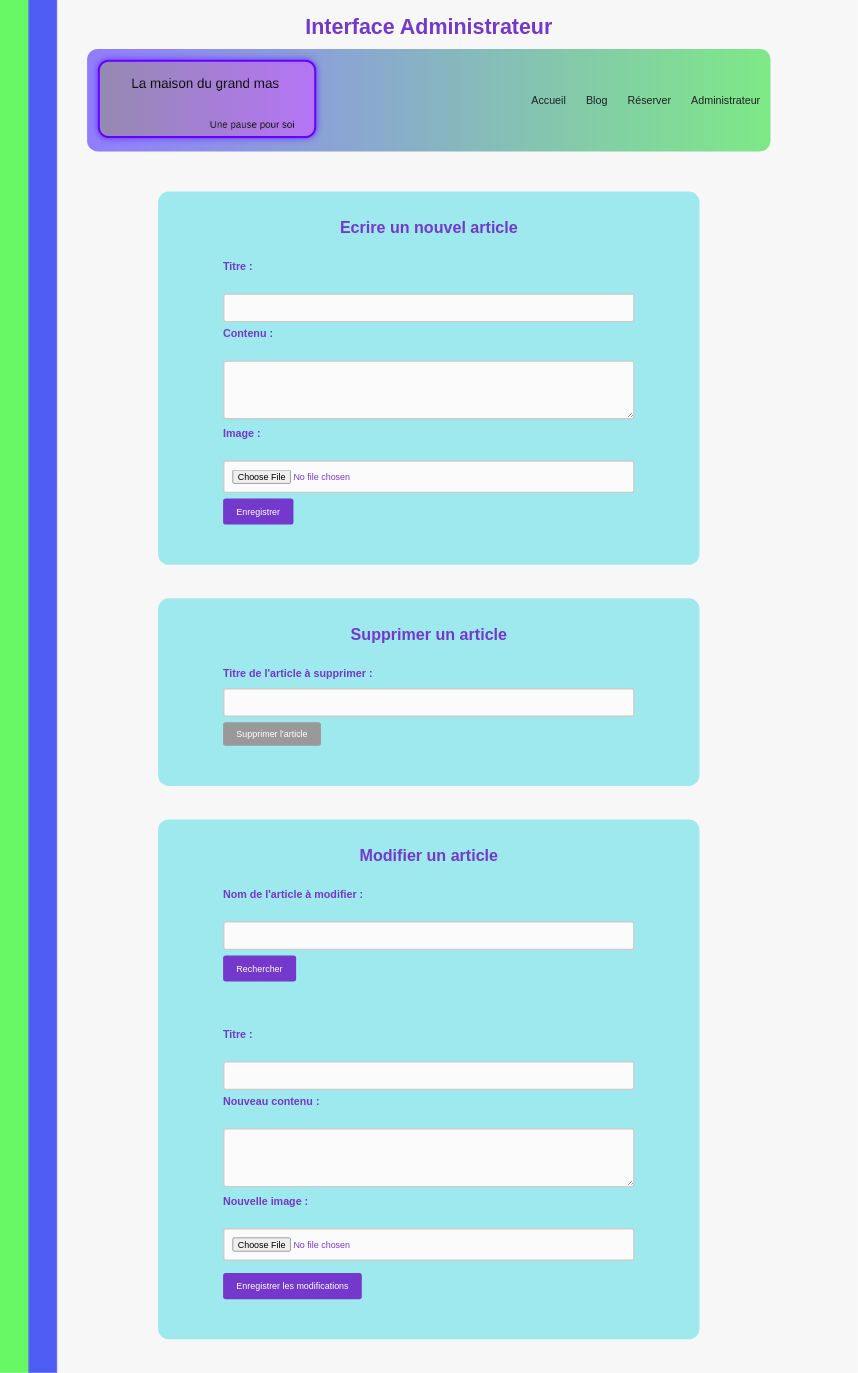
Repository: Crosnierpaul/Les_Rangers_de_Pouvoir
Page: http://localhost/adminBlog
The author's editor kept a copy of each file at every save. The page is drawn from the files as they stood at one save, then again after the next save.
The browser window is 1280 px wide. The pictures show the whole page, at 67% of full size.
Backgrounds fixed to the window are drawn as part of the page. The page is served by the project's Node server (site/server.js).

Above is the page before, as saved 2024-05-07 17:03:18.

After the next save:
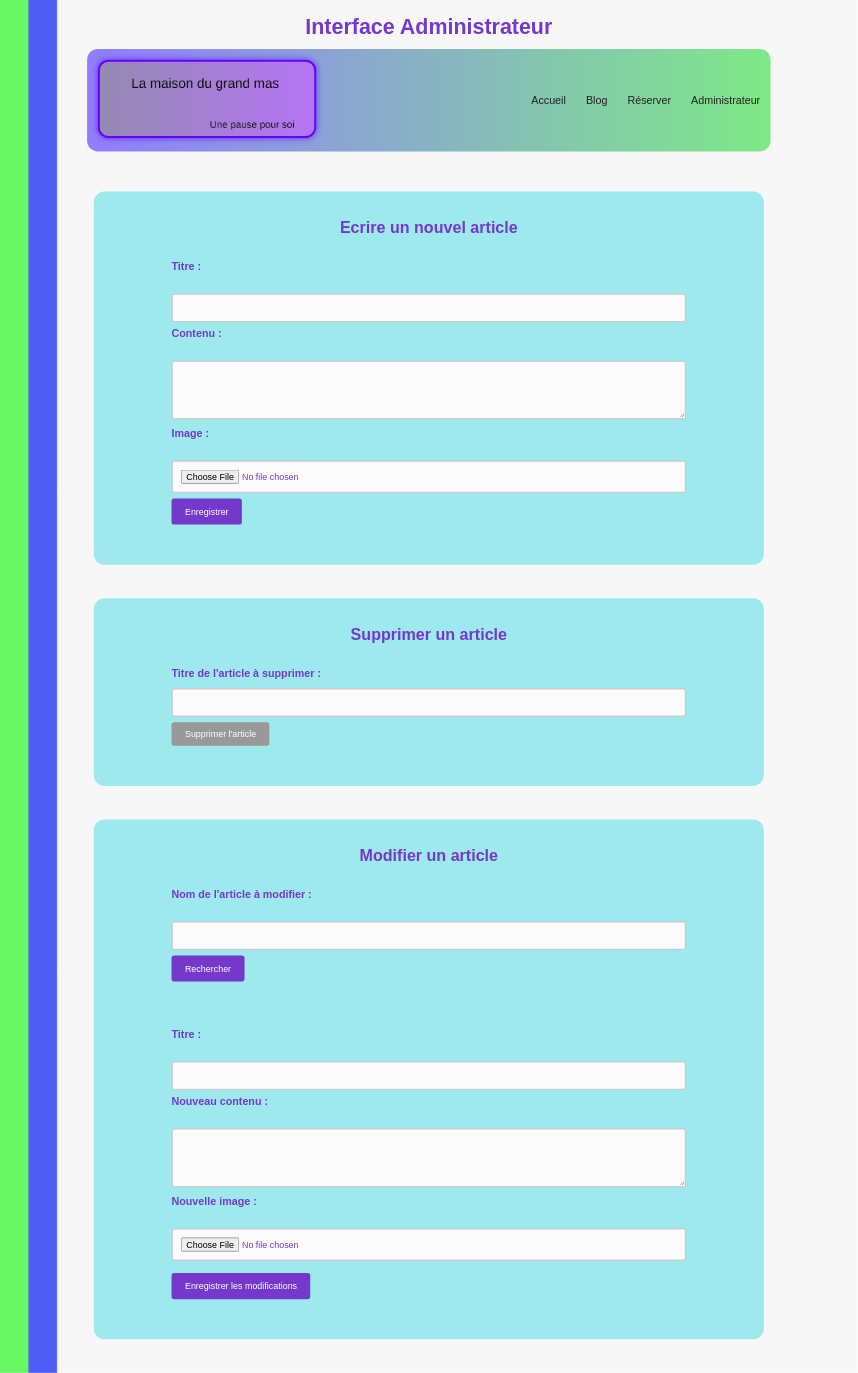
Saved 17 s later.
--- a/site/public/css/blogAdmin.css
+++ b/site/public/css/blogAdmin.css
@@ -31,7 +31,7 @@ label {
 .containerBlog {
     margin: 50px auto; /* Ajoute une marge en haut et en bas et centre horizontalement */
     background-color: rgba(46, 214, 226, 0.445);
-    width: 60%;
+    width: 75%;
     display: flex;
     flex-direction: column;
     align-items: center;
